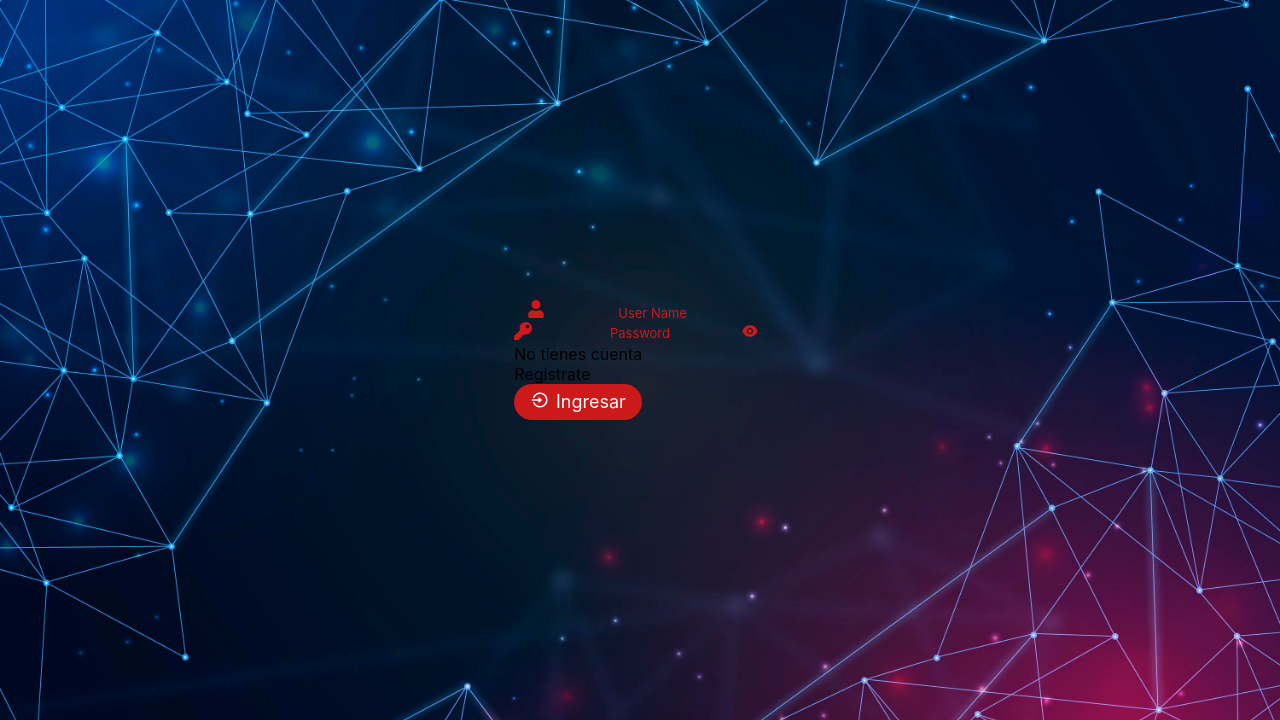
Repository: Davic1o/FrontendMunicipio
Page: /
An editor plug-in stored every save of this project. The page is shown before and after the next save, followed by the edit.
The browser window is 1280 px wide. The pictures show the whole page.
The project was rebuilt for these pictures with package versions that can differ from the ones it lists, and the page was loaded fresh each time.

Above is the page before, as saved 2024-02-21 18:02:04.

### src/index.css
*{
  user-select: none;
  cursor: default;
}


body {
  margin: 0;
  font-family: -apple-system, BlinkMacSystemFont, 'Segoe UI', 'Roboto', 'Oxygen',
    'Ubuntu', 'Cantarell', 'Fira Sans', 'Droid Sans', 'Helvetica Neue',
    sans-serif;
  -webkit-font-smoothing: antialiased;
  -moz-osx-font-smoothing: grayscale;
}

code {
  font-family: source-code-pro, Menlo, Monaco, Consolas, 'Courier New',
    monospace;
}
input {
  border: none;
  outline: none;
  margin: 0;
  padding: 0;
  background: none;
  font-family: inherit;
  color: inherit;
  text-align: left;
}

input:focus {
  outline: none;
}

:root{

  --color-primario: #cc1919;
  --color-secundario: #cc1919ab;
  --color-blanco: #ffffff;
}

### src/App.jsx
import Rutas from './routes/Rutas'

function App() {
  return (
    <>
      <Rutas/>
    </>
  );
}

export default App;

### src/routes/Rutas.jsx
import React from 'react'
import { Routes, Route } from 'react-router-dom';
import Login from '../pages/Login';


function Rutas() {
  return (

      <Routes>
          <Route path="/" element={<Login/>} />
      </Routes>
  )
}

export default Rutas

### src/pages/Login.jsx
import React from 'react'
import InputTexto from '../components/inputs/InputTexto'
import InputPass from '../components/inputs/InputPass'
import BotonAcceso from '../components/botones/BotonAcceso'

import './login.css'
import { FaUser, FaKey  } from "react-icons/fa";
import { RiLoginCircleLine } from "react-icons/ri";

function Login() {
  return (
    <div>
        <div className="login__container">
            <div className="login__form">
                <div className="form__userName">
                <div className="label__userName">
                </div>
                <div className="input__userName">
                <InputTexto Icono={<FaUser/>} Placeholder="User Name"/>
                </div>
                </div>
                <div className="form__userPass">
                <div className="label__userPass">
                </div>
                <div className="input__userPass">
                <InputPass Icono={<FaKey />} Placeholder="Password"/>
                </div>
                </div>

                <div className="form__register">
                <div className="text__register">
                No tienes cuenta
                <div className="link__register">Registrate</div>
                </div>
                </div>

                <div className="form__acept">
                    <div className="button__acept">
                        <BotonAcceso Icono={<RiLoginCircleLine />} NombreBoton='Ingresar'/>
                    </div>
                </div>

            </div>
        </div>

    </div>
  )
}

export default Login

### src/components/inputs/InputTexto.jsx
import React from 'react'
import './inputTexto.css'

function InputTexto({Icono, Placeholder}) {
    const TipoInput = Placeholder;
  return (
    <>
    <div className="contenedor__inputTexto">
        <div className="inf__inputTexto">
            <div className="icono__inputTexto">
                {Icono}
            </div>
            <div className="campo__inputTexto">
            <input type="text" className='inputTexto' placeholder={TipoInput} />
            </div>
        </div>
    </div>
    </>
  )
}

export default InputTexto

### src/components/inputs/InputPass.jsx
import React, { useState } from 'react';
import { AiFillEye, AiFillEyeInvisible } from 'react-icons/ai';
import './inputPass.css';

function InputPass({ Icono, Placeholder }) {
  const [mostrarContrasenia, setMostrarContrasenia] = useState(false);
  const TipoInput = mostrarContrasenia ? 'text' : 'password';
  const IconoVisualizacion = mostrarContrasenia ? (
    <AiFillEyeInvisible />
  ) : (
    <AiFillEye />
  );

  return (
    <>
      <div className="contenedor__inputPass">
        <div className="inf__inputPass">
          <div className="icono__inputPass">{Icono}</div>
          <div className="campo__inputPass">
            <input
              type={TipoInput}
              className="inputPass"
              placeholder={Placeholder}
            />

          </div>
          <div
              className="vista__inputPass"
              onClick={() => setMostrarContrasenia(!mostrarContrasenia)}
            >
              {IconoVisualizacion}
            </div>
        </div>
      </div>
    </>
  );
}

export default InputPass;

### src/components/botones/BotonAcceso.jsx
import React from 'react'
import './botonAcceso.css'

function BotonAcceso({Icono,NombreBoton}) {
    const TextoBoton = NombreBoton;
  return (
    <>
    <div className="contenedorBotonAcceso">
        <div className="inf__botonAcceso">
            <div className="icono__botonAcceso">
                {Icono}
            </div>
            <div className="texto__botonAcceso">
                {TextoBoton}
            </div>

        </div>
    </div>

    </>
  )
}

export default BotonAcceso

### src/pages/login.css
.login__container{
    background-image:  url('../images/fondo_informacion.jpg');
    background-size: cover;
    height: 100vh;
    width: 100vw;
    box-sizing: border-box;
    display: flex;
    align-items: center;
    justify-content: center;
    z-index: 0;
}

### src/components/inputs/inputTexto.css
.contenedor__inputTexto{
    display: flex;
    flex-direction: row;
    justify-content: center;
    align-items: center;
    font-size: 2.5vh;
    border-radius: 1vh;
    cursor: pointer;
  }

  .inf__inputTexto{
    display: flex;
    justify-content: center;
    align-items: center;
  }

  .icono__inputTexto{
    color: var(--color-primario);
    margin-right: 1vh;
}

.inputTexto{
    font-size: 1.8vh;
    color: var(--color-primario);
    transition: border 0.3s ease;

}
.inputTexto::placeholder{
    font-size: 1.8vh;
    color: var(--color-primario);
    text-align: center;
    transition: opacity 0.3s ease, transform 0.3s ease;
}

.inputTexto:focus::placeholder {
    opacity: 0;
    transform: scale(1);
  }

.inputTexto:focus {
    font-size: 1.8vh;
    color: var(--color-primario);
    font-weight:bold;
    border-bottom: 3px solid var(--color-primario);
 animation: borderAnimation 3s infinite alternate;
  }

  @keyframes borderAnimation {
    from {
      border-color: rgb(255, 255, 255); /* Cambia el color del borde al inicio de la animación */
    }
    to {
      border-color: rgb(255, 0, 0); /* Cambia el color del borde al final de la animación */
    }
  }

### src/components/inputs/inputPass.css
.contenedor__inputPass{
    display: flex;
    flex-direction: row;
    justify-content: center;
    align-items: center;
    font-size: 2.5vh;
    border-radius: 1vh;
    cursor: pointer;
}
.inf__inputPass{
    display: flex;
    justify-content: center;
    align-items: center;
}
.icono__inputPass, .vista__inputPass{
    color: var(--color-primario);
    margin-right: 1vh;
}
.vista__inputPass{
  cursor: pointer;
}
.vista__inputPass:first-child{
  cursor: pointer;
}
.inputPass{
    font-size: 1.8vh;
    color: var(--color-primario);
    transition: border 0.3s ease;
}
.inputPass::placeholder{
    font-size: 1.8vh;
    color: var(--color-primario);
    text-align: center;
    transition: opacity 0.3s ease, transform 0.3s ease;
}

.inputPass:focus::placeholder {
    opacity: 0;
    transform: scale(1);
  }

.inputPass:focus {
    font-size: 1.8vh;
    color: var(--color-primario);
    font-weight:bold;
    border-bottom: 3px solid var(--color-primario);
 animation: borderAnimation 3s infinite alternate;
  }

  @keyframes borderAnimation {
    from {
      border-color: rgb(255, 255, 255); /* Cambia el color del borde al inicio de la animación */
    }
    to {
      border-color: rgb(255, 0, 0); /* Cambia el color del borde al final de la animación */
    }
  }
  .campo__inputPass{
    display: flex;
  }

### src/components/botones/botonAcceso.css
.contenedorBotonAcceso{
    display: flex;
    flex-direction: row;
    justify-content: center;
    align-items: center;
    height: 5vh;
    width: 10vw;
    font-size: 2.5vh;
    border-radius: 3vh;
    cursor: pointer;
    background-color: var(--color-primario);
}
.inf__botonAcceso{
    display: flex;
    color: var(--color-blanco);
}

.contenedorBotonAcceso:hover .inf__botonAcceso .icono__botonAcceso{
    animation: spiner 1 0.5s linear;
}
.contenedorBotonAcceso:hover {
    background-color: var(--color-secundario);
}

.icono__botonAcceso{
    margin-right: 1vh;
    font-weight: bold
}

@keyframes spiner {
    from {
      transform: rotate(0deg);
    }
    to {
      transform: rotate(360deg);
    }
  }

Loaded but not shown: public/index.html (common file); src/index.js (common file); src/reportWebVitals.js (common file)

After the next save:
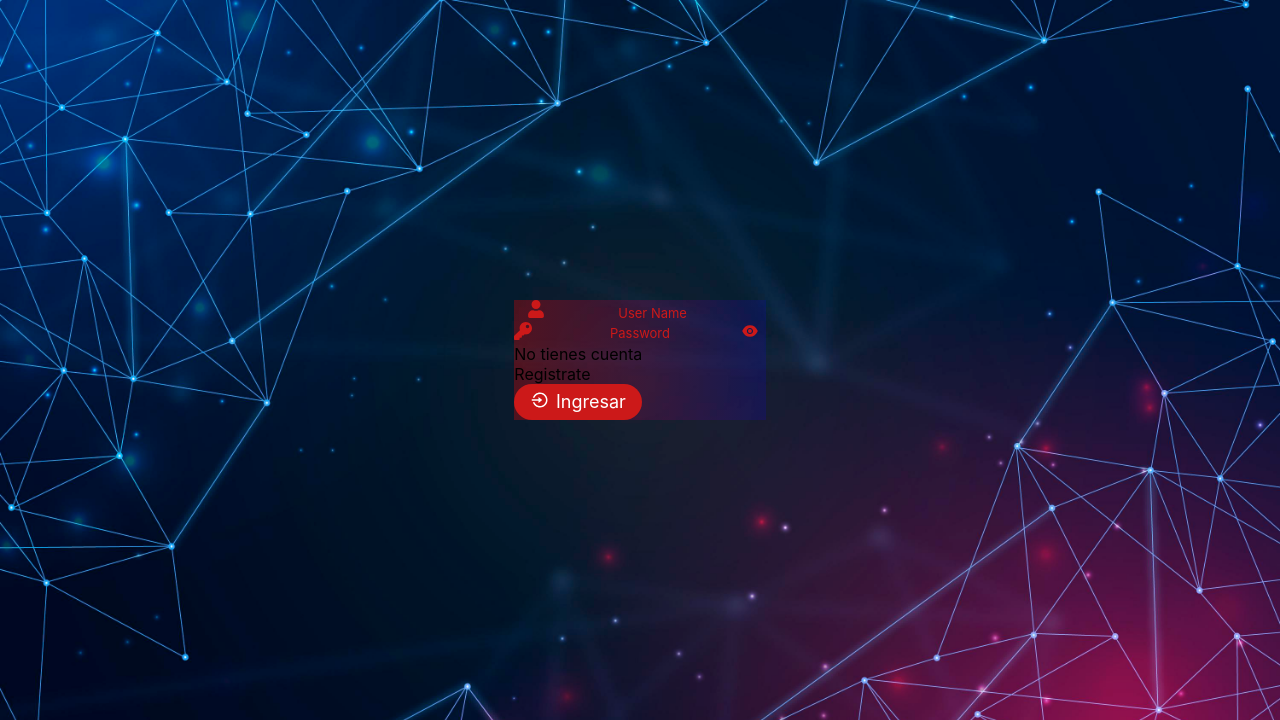
Saved 48 s later.
--- a/src/pages/login.css
+++ b/src/pages/login.css
@@ -9,3 +9,6 @@
     justify-content: center;
     z-index: 0;
 }
+.login__form{
+    background: linear-gradient(to right, rgba(253, 0, 0, 0.288) 1%, rgba(16, 0, 235, 0.171));
+}
